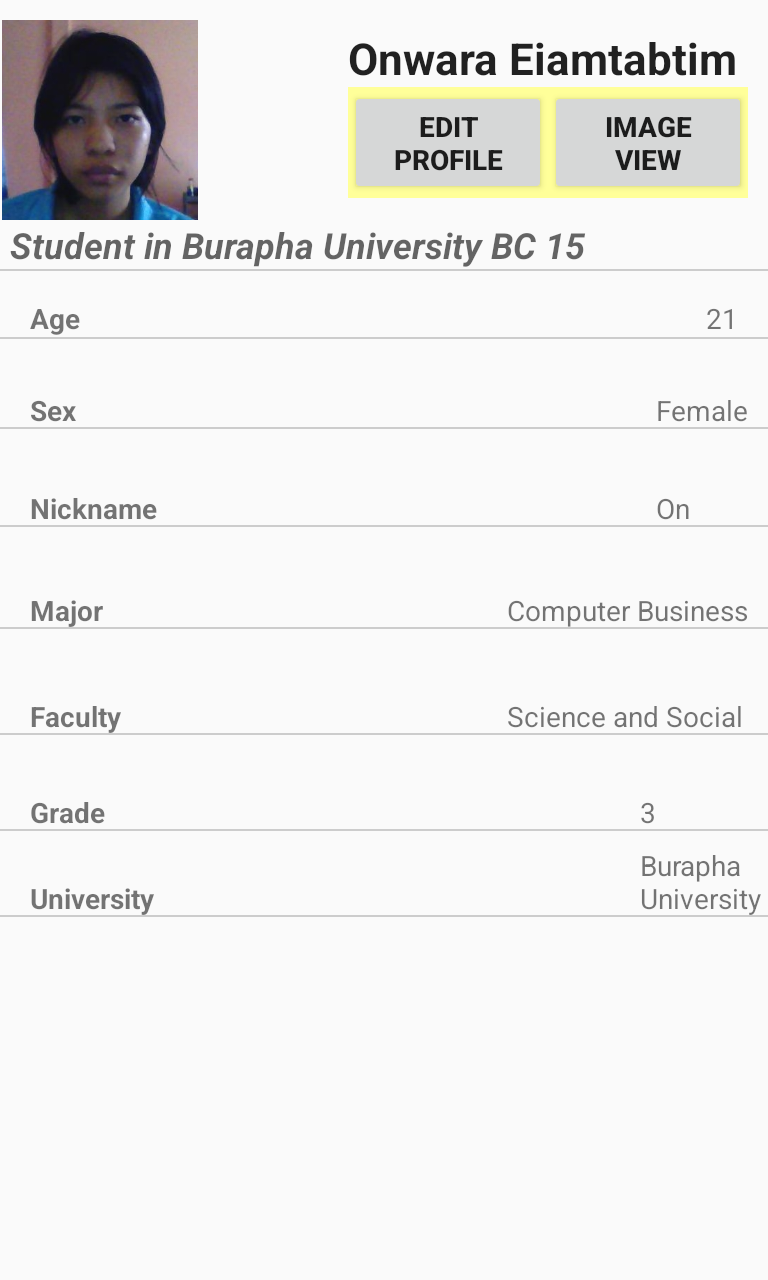
Repository: Android55410599/PROFILE
Layout: Resume_55410559/res/layout/activity_main.xml
An editor plug-in stored every save of this project. The layout is shown before and after the next save, followed by the edit.
It is drawn on a 768 x 1280 px phone screen (xhdpi) without system bars, with theme AppTheme; the app's code is not run.

Above is the layout before, as saved 2014-09-03 13:10:54.

After the next save:
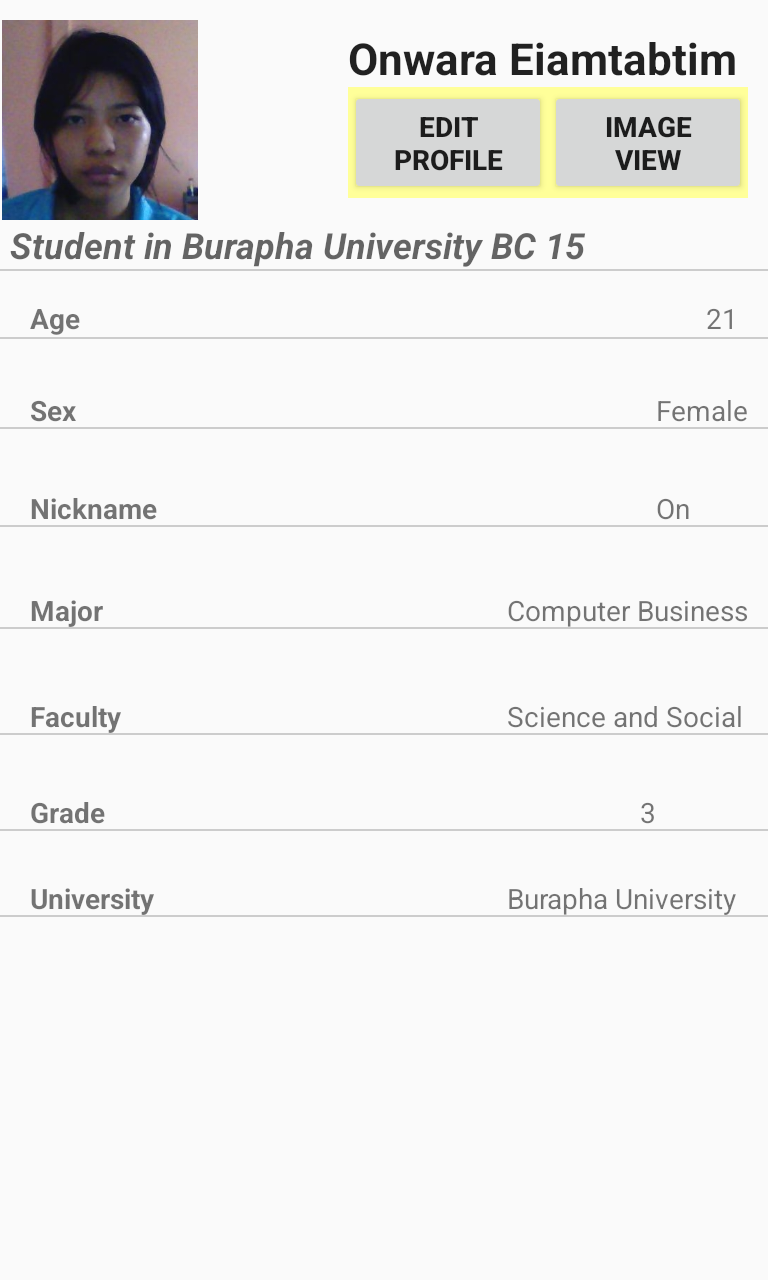
Saved 8 s later.
--- a/Resume_55410559/res/layout/activity_main.xml
+++ b/Resume_55410559/res/layout/activity_main.xml
@@ -243,7 +243,7 @@
         android:layout_width="wrap_content"
         android:layout_height="wrap_content"
         android:layout_alignBottom="@+id/View05"
-        android:layout_alignLeft="@+id/textView14"
+        android:layout_alignLeft="@+id/textView12"
         android:text="Burapha University" />
 
     <TextView
